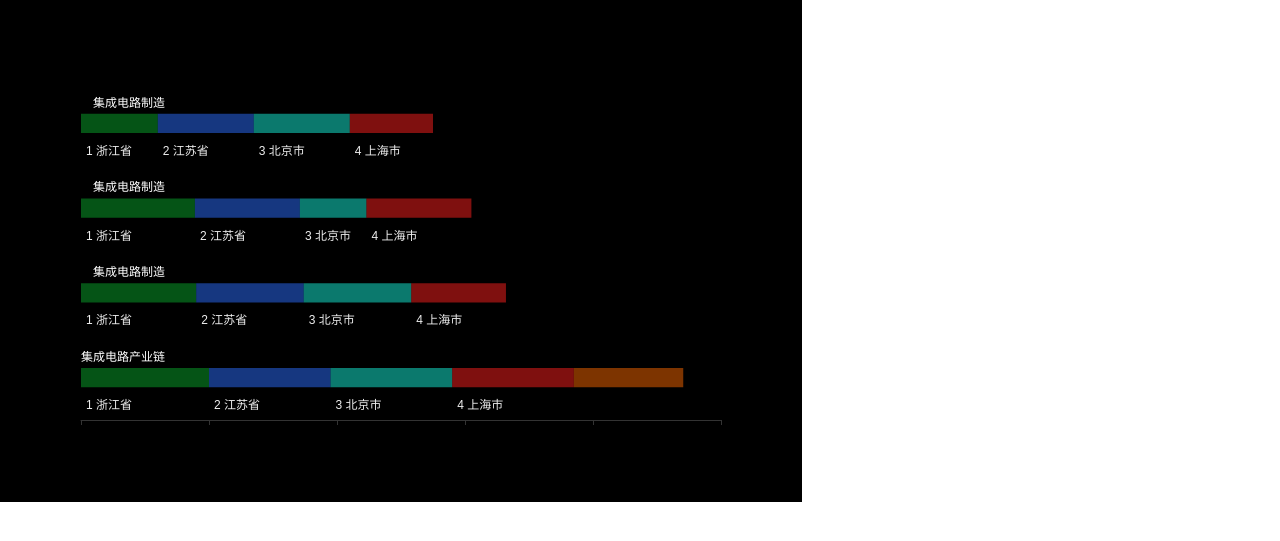
Repository: 572031690/echartproj
Page: /#/test
The author's editor kept a copy of each file at every save. The page is drawn from the files as they stood at one save, then again after the next save.
The browser window is 1280 px wide. The pictures show the whole page.
The project was rebuilt for these pictures with package versions that can differ from the ones it lists, and the page was loaded fresh each time. Also part of the build but not shown: vue.config.js, src/components/Seller.vue, src/views/SellerPage.vue, src/utils/theme_utils.js, src/components/Trend.vue, src/views/TrendPage.vue, src/utils/map_utils.js, src/components/Map.vue and 9 more.

Above is the page before, as saved 2021-08-03 11:46:08.

### public/index.html
<!DOCTYPE html>
<html lang="en">
  <head>
    <meta charset="utf-8">
    <meta http-equiv="X-UA-Compatible" content="IE=edge">
    <meta name="viewport" content="width=device-width,initial-scale=1.0">
    <link rel="icon" href="<%= BASE_URL %>favicon.ico">
    <title><%= htmlWebpackPlugin.options.title %></title>
  </head>
  <body>
    <noscript>
      <strong>We're sorry but <%= htmlWebpackPlugin.options.title %> doesn't work properly without JavaScript enabled. Please enable it to continue.</strong>
    </noscript>
    <div id="app"></div>
    <!-- built files will be auto injected -->
    <!-- 一旦通过script标签引入的echarts.js的文件之后呢, window.echarts -->
    <script src="static/lib/echarts.min.js"></script>
    <!-- 引入主题的js文件 -->
    <script src="static/theme/chalk.js"></script>
    <script src="static/theme/vintage.js"></script>
  </body>
</html>

### src/main.js
import Vue from 'vue'
import App from './App.vue'
import router from './router'
import store from './store'
// 引入字体的文件
import './assets/font/iconfont.css'
// 引入全局的样式文件
import './assets/css/global.less'
import axios from 'axios'
import SocketService from './utils/socket_service'

// 调用socket **********
// import SocketService from '@/utils/socket_service'
// 对服务端进行webSocket连接 *********
// SocketService.Instance.connect()
// Vue.prototype.$socket = SocketService.Instance

// 请求基准路径的配置
axios.defaults.baseURL = 'http://127.0.0.1:8888/api/'
// 将axios挂载到Vue的原型对象上
// 在别的组件中 this.$http
Vue.prototype.$http = axios

// 将全局的echarts对象挂载到Vue的原型对象上
// 别的组件中 this.$echarts
Vue.prototype.$echarts = window.echarts

Vue.config.productionTip = false

new Vue({
  router,
  store,
  render: h => h(App)
}).$mount('#app')

### src/App.vue
<template>
  <div id="app">
    <!-- 路由占位符 -->
    <router-view></router-view>
  </div>
</template>

<style lang="less">

</style>

### src/router/index.js
import Vue from 'vue'
import VueRouter from 'vue-router'
import SellerPage from '@/views/SellerPage'
import TrendPage from '@/views/TrendPage'
import MapPage from '@/views/MapPage'
import RankPage from '@/views/RankPage'
import HotPage from '@/views/HotPage'
import StockPage from '@/views/StockPage'
import Test from '../components/Test.vue'
import ScreenPage from '@/views/ScreenPage'

Vue.use(VueRouter)

const routes = [
  {
    path: '/',
    redirect: '/screen'
  },
  {
    path: '/screen',
    component: ScreenPage
  },
  {
    path: '/sellerpage',
    component: SellerPage
  },
  {
    path: '/trendpage',
    component: TrendPage
  },
  {
    path: '/mappage',
    component: MapPage
  },
  {
    path: '/rankpage',
    component: RankPage
  },
  {
    path: '/hotpage',
    component: HotPage
  },
  {
    path: '/stockpage',
    component: StockPage
  },
  {
    path: '/test',
    component: Test
  }

]

const router = new VueRouter({
  routes
})

export default router

### src/store/index.js
import Vue from 'vue'
import Vuex from 'vuex'

Vue.use(Vuex)

export default new Vuex.Store({
  state: {
    theme: 'chalk'
  },
  mutations: {
    changeTheme (state) {
      if(state.theme === 'chalk'){
        state.theme = 'vintage'
      }else{
        state.theme = 'chalk'
      }
    }
  },
  actions: {
  },
  modules: {
  }
})

### src/assets/css/global.less
html, body, #app {
  width: 100%;
  height: 100%;
  padding: 0;
  margin: 0;
  overflow: hidden;
}

.com-page {
  width: 100%;
  height: 100%;
  overflow: hidden;
}

.com-container {
  width: 100%;
  height: 100%;
  overflow: hidden;
  position: relative;
}

.com-chart {
  width: 100%;
  height: 100%;
  overflow: hidden;
}

canvas {
  border-radius: 20px;
}

/*无法选中图片文字方法*/
span,div,img{
  user-select:none;
}

### src/utils/socket_service.js
export default class SocketService {
    // 单例的设计模式
    //如果别人通过get Instance 来的到我的实例对象 那我只会给他返回同一个实例对象
    static instance = null
    static get Instance() {
        if (!this.instance) {
            this.instance = new SocketService()
        }
        return this.instance
    }

    //和服务端连接的socket对象
    ws = null
    //存储回调函数
    callBackMapping = {}
    //定义连接服务器的方法
    connect() {
        //连接服务器
        if (!window.WebSocket) {
            return console.log('你的浏览器不支持WebSocket');
        }
        this.ws = new WebSocket('ws://localhost:9998')

        //连接服务端成功
        this.ws.onopen = () => {
            console.log('连接服务端成功');
        }
        //连接服务端失败
        this.ws.onclose = () => {
            console.log('连接服务端失败');
        }
        //得到服务端发送过来的数据
        this.ws.onmessage = msg => {
            console.log('从服务端获取数据');
            //得到的数据在msg的data里面
            // console.log(msg.data);
            const recvData = JSON.parse(msg.data)
            const socketType = recvData.socketType
            //判断回调函数是否存在
            if(this.callBackMapping[socketType]){
                const action = recvData.action
                if(action === 'getData') {
                    const realData = JSON.parse(recvData.data)
                    this.callBackMapping[socketType]
                }else if( action === 'fullScreen') {

                }else if(action === 'themeChange') {

                }
            }
        }
    }
    //回调函数的注册
    registerCallBack(socketType, callBack) {
        this.callBackMapping[socketType] = callBack
    }
    //取消某一个回调函数
    unRegisterCallBack(socketType) {
        this.callBackMapping[socketType] = null
    }

}

### src/components/Test.vue
<template>
  <div class="line-chart" ref="mybar">
    123
  </div>
</template>

<script>
export default {
  mounted() {
    this.getData()
    this.initChart()
  },
  data() {
    return {
      chartInstance: null,
      seriesData: [100, 120, 140, 90, 90, 80],
      barChart: {
        xAxisData: ['类别1', '类别2', '类别3', '类别4'],
        dataList: []
      },

      chartData1: [
        { rank: 1, name: '浙江省', value: 100 },
        { rank: 1, name: '江苏省', value: 90 },
        { rank: 1, name: '北京市', value: 89 },
        { rank: 1, name: '上海市', value: 60 }
      ],
      chartData2: [
        { rank: 2, name: '浙江省', value: 95 },
        { rank: 2, name: '江苏省', value: 84 },
        { rank: 2, name: '北京市', value: 82 },
        { rank: 2, name: '上海市', value: 75 }

      ],
      chartData3: [
        { rank: 3, name: '浙江省', value: 95 },
        { rank: 3, name: '江苏省', value: 84 },
        { rank: 3, name: '北京市', value: 52 },
        { rank: 3, name: '上海市', value: 75 }

      ],
      chartData4: [
        { rank: 4, name: '浙江省', value: 95 },
        { rank: 4, name: '江苏省', value: 74 },
        { rank: 4, name: '北京市', value: 82 },
        { rank: 4, name: '上海市', value: 65 }

      ],
      chartData5: [
        { rank: 5, name: '浙江省', value: 85.5 },
        { rank: 5, name: '江苏省', value: 44 },
        { rank: 5, name: '北京市', value: 72 },
        { rank: 5, name: '上海市', value: 75 }

      ],
      yAxisData: ['集成电路产业链', '集成电路制造', '集成电路制造', '集成电路制造']
    }
  },
  methods: {
    initChart() {
      const colorArr1 = [
        'rgba(11, 168, 44, 0.5)',
        'rgba(44, 110, 255, 0.5)',
        'rgba(22, 242, 217, 0.5)',
        'rgba(254, 33, 30, 0.5)',
        'rgba(250, 105, 0, 0.5)'
      ]
      const ChartsData = [
        {
          name: '第一列',
          data: this.chartData1
        },
        {
          name: '第一列',
          data: this.chartData2
        },
        {
          name: '第一列',
          data: this.chartData3
        },
        {
          name: '第一列',
          data: this.chartData4
        },
        {
          name: '第一列',
          data: this.chartData5
        }
      ]
      var serises = ChartsData.map((item, index) => {
        console.log(item.data[index])
        return {
          stack: '类1',
          barWidth: '23%', // 宽度
          itemStyle: {
            color: arg => {
              return colorArr1[arg.componentIndex]
            }
          },
          data: [item.data[0].value, item.data[1].value, item.data[2].value, item.data[3].value],
          type: 'bar',
          label: {
            show: true,
            position: [5, 32],
            textStyle: {
              color: '#eee',
              fontSize: 12
            },
            formatter: arg => {
              return arg.seriesIndex + 1 + ' ' + item.data[index].name
            }
          }
        }
      })
      // console.log(serises)
      const chartInstance = this.$echarts.init(this.$refs.mybar)
      const option = {
        tooltip: {
          formatter: arg => {
            console.log(arg, '1111111111')
            return arg.value
          }
        },
        grid: [
          {
            top: 80,
            bottom: 81
          }
        ],
        xAxis: [
          {
            type: 'value',
            // gridIndex: 0,
            axisLabel: {
              // 刻度标签文字
              show: false
            },
            splitLine: {
              show: false
              // x轴横线

            },
            axisLine: {
              // 设置轴线
              show: true
            },
            axisTick: {
              show: true // 是否显示坐标轴刻度。
            }
          }
        ],
        yAxis: [
          {
            type: 'category',
            data: this.yAxisData,
            // gridIndex: 0, // x 轴所在的 grid 的索引，默认位于第一个 grid。
            axisLabel: {
              color: '#fff', // 刻度标签文字的颜色
              padding: [0, 0, 40, 0]
            },
            offset: -92,
            axisLine: {
              onZero: false,
              // 设置轴线
              show: false
            },
            axisTick: {
              show: false // 是否显示坐标轴刻度。
            }
          }
        ],
        series: serises
        // series: [
        //   {
        //     name: '111',
        //     rank: 1,
        //     stack: '类1',
        //     barWidth: '30%', // 宽度
        //     itemStyle: {
        //       color: '#3366cc'
        //     },
        //     data: [50, 25, 68, 45],
        //     type: 'bar',
        //     label: {
        //       show: true,
        //       position: [5, 24],
        //       textStyle: {
        //         color: '#eee',
        //         fontSize: 12
        //       },
        //       formatter: arg => {
        //         console.log(arg)
        //         return this.seriesData[arg.dataIndex]
        //       }
        //     }
        //   }
        //   {
        //     label: {
        //       show: true,
        //       position: [5, 24],
        //       textStyle: {
        //         color: '#eee',
        //         fontSize: 12
        //       },
        //       formatter: arg => {
        //         console.log(arg)
        //         return this.seriesData[arg.dataIndex]
        //       }
        //     },
        //     stack: '类1',
        //     xAxisIndex: 0,
        //     barWidth: '30%', // 宽度
        //     itemStyle: {
        //       color: '#33ccff'
        //     },
        //     data: [51, 78, 65, 42],
        //     type: 'bar'
        //   }
        // ]
      }
      chartInstance.setOption(option)
    },
    getData() {
      let sum = 0
      this.seriesData.forEach(item => (sum += item))
      const aver = sum / this.seriesData.length
      // console.log(aver)
      this.barChart.dataList[0] = this.seriesData.map(item => {
        if (item > aver) return item - aver
        else return 0
      })
      this.barChart.dataList[1] = this.seriesData.map(item => {
        if (item > aver) return aver
        else return item
      })
      // console.log(this.barChart.dataList)
    }
  }
}
</script>

<style>
.line-chart {
  width: 800px;
  height: 500px;
  border: 1px solid black;
  background: #000;
}
</style>

Loaded but not shown: src/assets/font/iconfont.css (common file); public/static/lib/echarts.min.js (library); public/static/theme/chalk.js (521 lines, source omitted); public/static/theme/vintage.js (521 lines, source omitted)

After the next save:
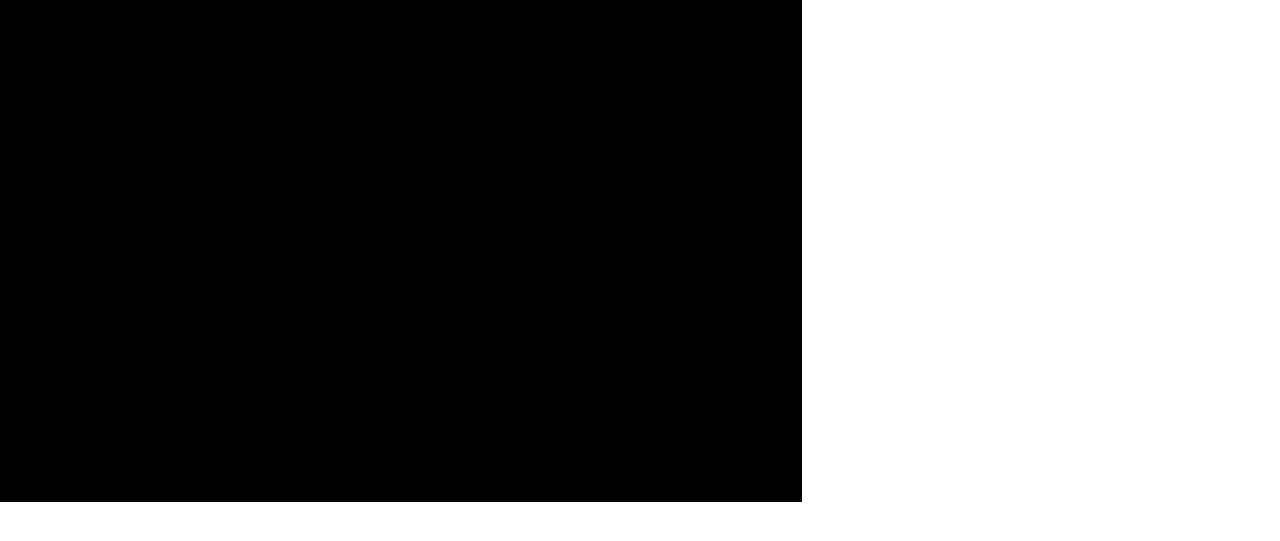
Saved 38 s later.
--- a/src/components/Test.vue
+++ b/src/components/Test.vue
@@ -90,6 +90,7 @@
       var serises = ChartsData.map((item, index) => {
         console.log(item.data[index])
         return {
+          name: item.data[index].name,
           stack: '类1',
           barWidth: '23%', // 宽度
           itemStyle: {

After the save that followed:
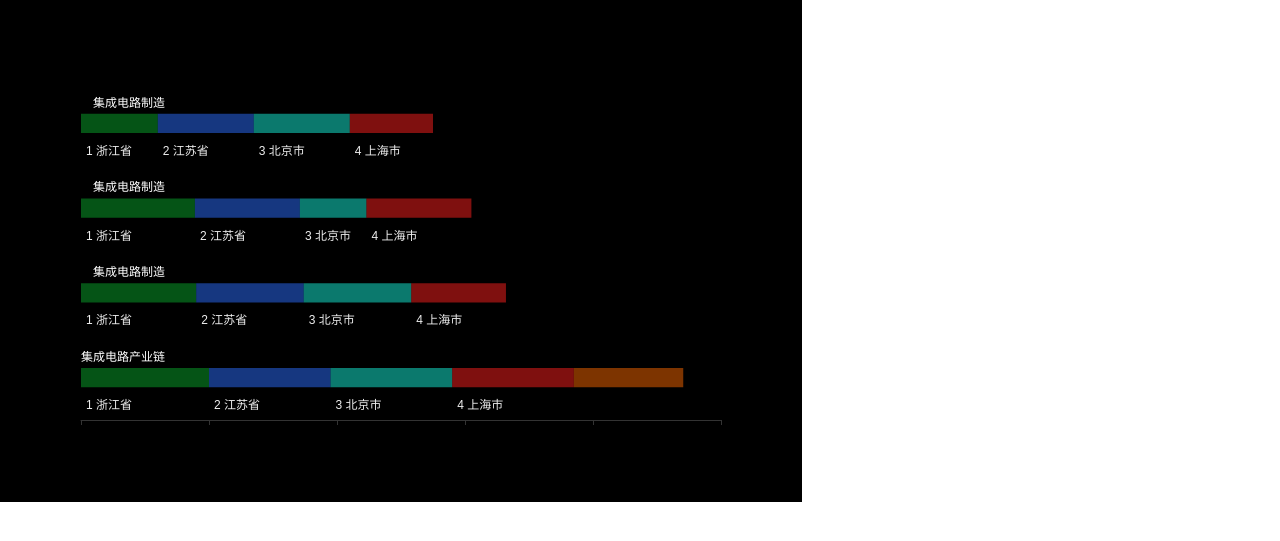
Saved 36 s later.
--- a/src/components/Test.vue
+++ b/src/components/Test.vue
@@ -90,7 +90,7 @@
       var serises = ChartsData.map((item, index) => {
         console.log(item.data[index])
         return {
-          name: item.data[index].name,
+          // name: item.data[index].name,
           stack: '类1',
           barWidth: '23%', // 宽度
           itemStyle: {
